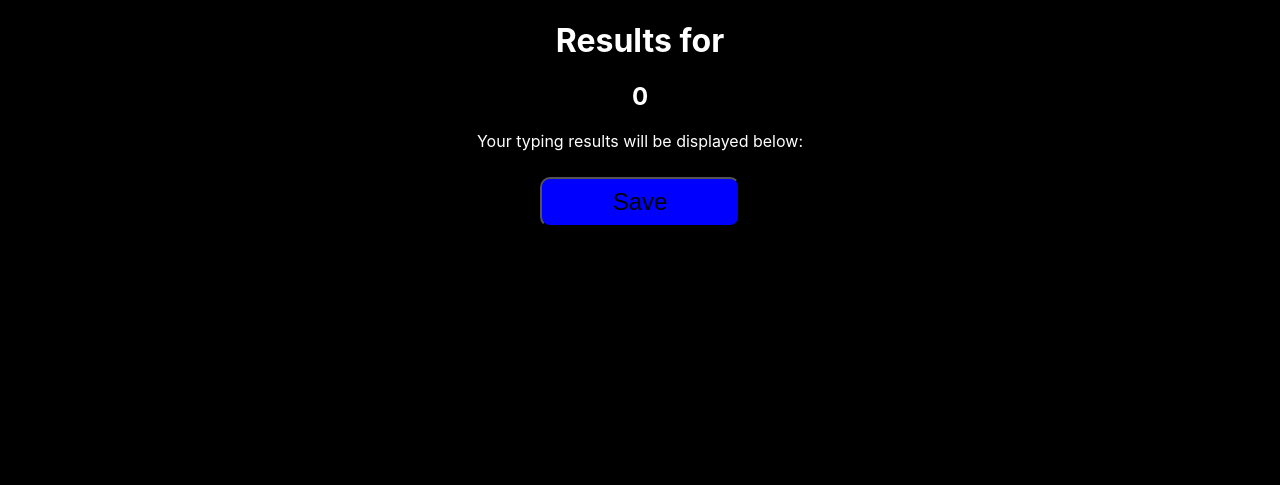
Repository: abhaysharma20233009/swiftKey
Page: /results (app in frontend/my-app/)
These files come from the project's save history. The page is drawn as it stood at one moment and after the next save; the edit follows.
The browser window is 1280 px wide. The pictures show the whole page.
The page's requests for data from a server got no answer. The project was rebuilt for these pictures with package versions that can differ from the ones it lists, and the page was loaded fresh each time. No one was signed in, and anything a server would have sent is missing. Also part of the build but not shown: frontend/my-app/src/Swifts.js, frontend/my-app/src/Login.js.

Above is the page before, as saved 2024-10-10 20:40:34.

After the next save:
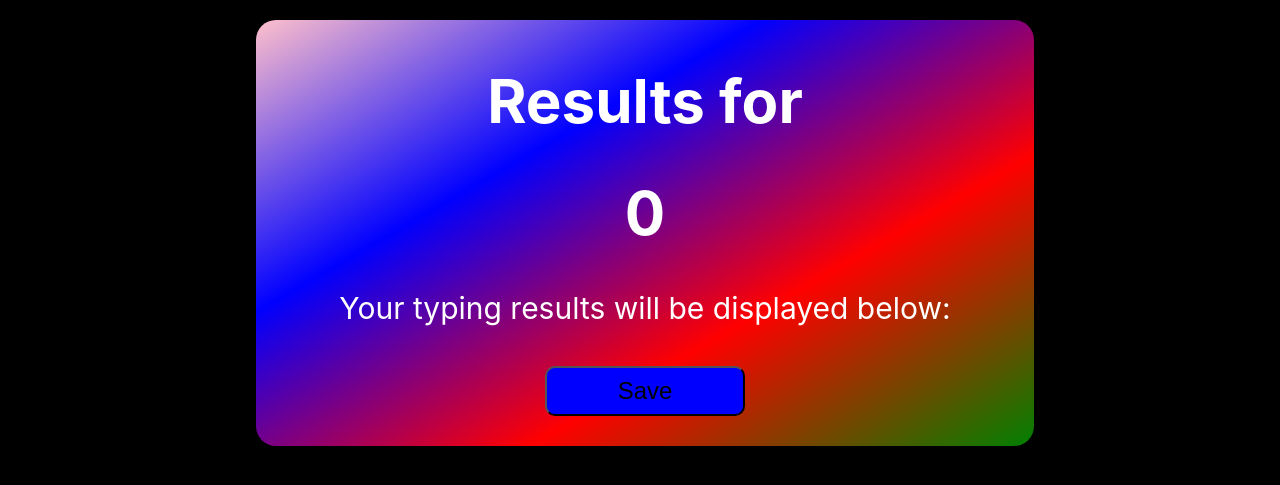
Saved 89 s later.
--- a/frontend/my-app/src/Results.js
+++ b/frontend/my-app/src/Results.js
@@ -58,9 +58,9 @@ function Results() {
     }, []);
 
     return (
-        <div style={{ textAlign: 'center', marginTop: '20px' }}>
+        <div className="form"style={{ textAlign: 'center', marginTop: '20px' }}>
             <h1>Results for {username}</h1> {/* Display username here */}
-            <h2>{wordTyped}</h2>
+            <h1>{wordTyped}</h1>
             <p>Your typing results will be displayed below:</p>
             <ul>
                 {info.map((msg) => (
